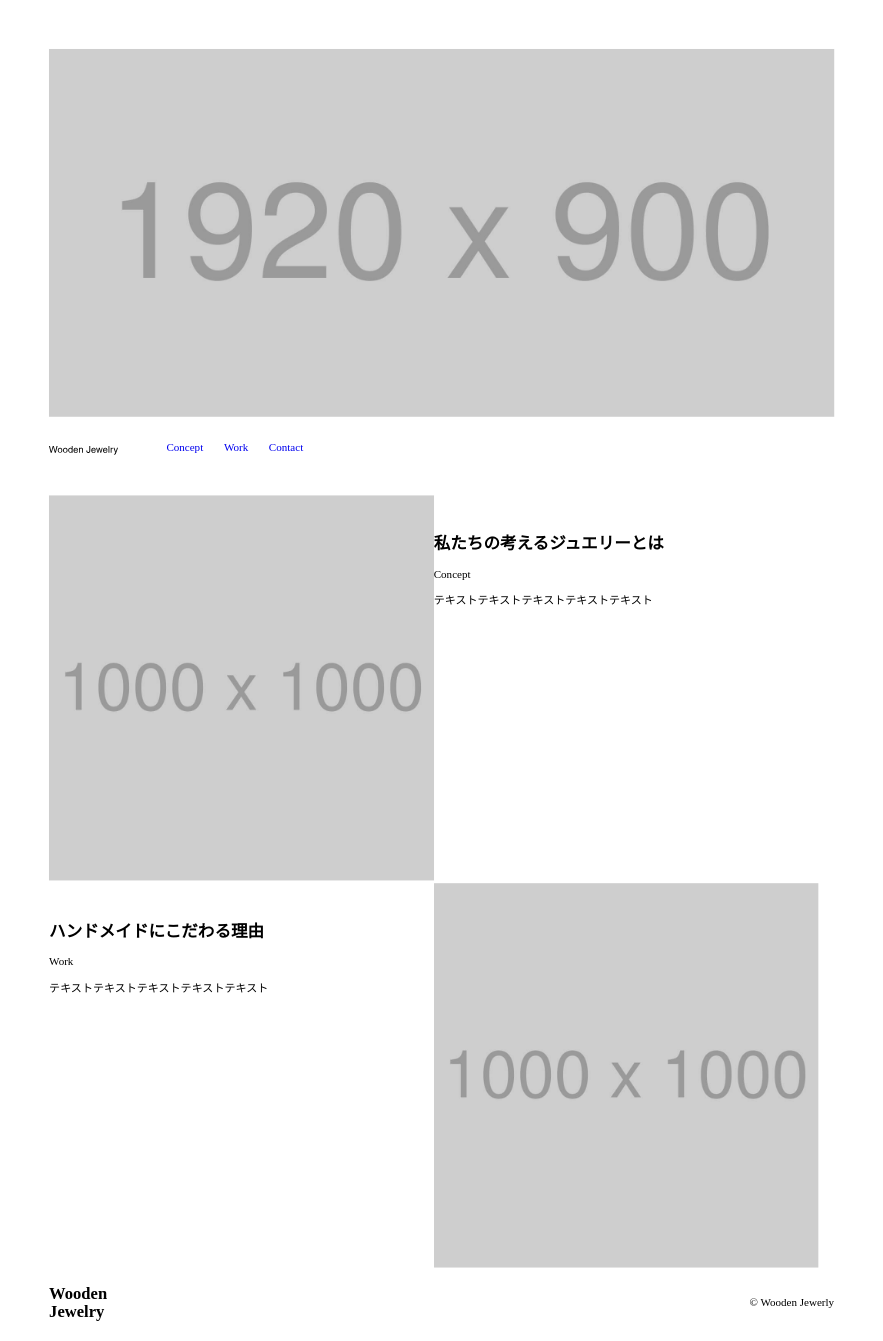
Repository: Fuki-san/jewelry
Page: http://localhost/jewelry
The author's editor kept a copy of each file at every save. The page is drawn from the files as they stood at one save, then again after a run of saves.
The browser window is 1280 px wide. The pictures show the whole page, at 69% of full size.
The page is served by the project's Laravel application, run on PHP 8.4 with Laravel 10. Other server files are loaded and not shown.

Above is the page before, as saved 2023-11-26 14:14:06.

### routes/web.php
<?php

use Illuminate\Support\Facades\Route;

/*
|--------------------------------------------------------------------------
| Web Routes
|--------------------------------------------------------------------------
|
| Here is where you can register web routes for your application. These
| routes are loaded by the RouteServiceProvider and all of them will
| be assigned to the "web" middleware group. Make something great!
|
*/

Route::get('/', function () {
    return view('welcome');
});

Route::get('jewelry', function () {
    return view('jewelry');
});

### resources/views/jewelry.blade.php
@extends('layouts.main')

@section('title', 'jewelry')

@section('content')
    <div id="mainvisual">
        <img src="img/mainvisual.jpg">
    </div>
    <header id="header">
        <h1 class="site-title"><a href="#"><img src="img/logo.svg"></a></h1>
        <nav>
            <ul>
                <li><a href="#concept">Concept</a></li>
                <li><a href="#work">Work</a></li>
                <li><a href="mailto:xxx@xxx.xxx?subject=お問い合わせ">Contact</a></li>
            </ul>
        </nav>
    </header>

    <div class="container">
        <main>
            <section id="concept" class="content">
                <div class="img">
                    <img src="img/concept.jpg">
                </div>
                <div class="text">
                    <h2 class="section-title">私たちの考えるジュエリーとは</h2>
                    <span class="section-title-en">Concept</span>
                    <p>テキストテキストテキストテキストテキスト</p>
                </div>
            </section>

            <section id="work" class="content">
                <div class="text">
                    <h2 class="section-title">ハンドメイドにこだわる理由</h2>
                    <span class="section-title-en">Work</span>
                    <p>テキストテキストテキストテキストテキスト</p>
                </div>
                <div class="img">
                    <img src="img/work.jpg">
                </div>
            </section>
        </main>

        <footer id="footer">
            <h2 class="site-title">Wooden Jewelry</h2>
            <p class="copyright">&copy; Wooden Jewerly</p>
        </footer>
    </div>

@endsection

### resources/views/layouts/main.blade.php
<!DOCTYPE html>
<html lang="ja">
<head>
    <meta charset="UTF-8">
    <meta name="viewport" content="width=device-width, initial-scale=1.0">
    <meta http-equiv="X-UA-Compatible" content="ie=edge">
    <link rel="stylesheet" href="{{ asset('css/reset.css') }}">
    <link rel="stylesheet" href="{{ asset('css/style.css') }}">
    <link rel="icon" href="img/favicon.ico">
    <title>@yield('title')</title>
</head>
<body>
    @yield('content')
</body>
</html>

### public/css/style.css
@charset "utf-8";

html{
    font-size: 100%;
}
body{
    font-family: 'Crimson Text', serif;
    color: ;
}
li{
    list-style: none;
}
a{
    text-decoration: none;
}
.container{
    padding: 0 5%;
}

img{
    max-width: 100%;
}
.content{
    display: flex;
}
.img{
    width: 49%;
}
.text{
    width: 49%;
}

#mainvisual{
    padding: 5% 5% 0 5%;
}
.site-title{
    width: 100px;
}
#header{
    display: flex;
    align-items: center;
    padding: 0 5%;
}
#header ul{
    display: flex;
}
#header li{
    margin-left: 30px;
}
.container{
    padding-top: 30px;
}
.text{
    padding: 30px 0;
}


#footer {
    display: flex;
    justify-content: space-between;
    align-items: center;
}

### public/img/logo.svg
<?xml version="1.0" encoding="utf-8"?>
<!-- Generator: Adobe Illustrator 15.1.0, SVG Export Plug-In . SVG Version: 6.00 Build 0)  -->
<!DOCTYPE svg PUBLIC "-//W3C//DTD SVG 1.1//EN" "http://www.w3.org/Graphics/SVG/1.1/DTD/svg11.dtd">
<svg version="1.1" id="レイヤー_1" xmlns="http://www.w3.org/2000/svg" xmlns:xlink="http://www.w3.org/1999/xlink" x="0px"
	 y="0px" width="1000px" height="140px" viewBox="0 0 1000 140" enable-background="new 0 0 1000 140" xml:space="preserve">
<g>
	<path d="M39.405,111.195H25.498L0,13.294h14.317l18.271,79.63h0.273l21.952-79.63h14.454l21.953,79.63h0.273l18.271-79.63h14.59
		l-25.771,97.901H84.674l-22.362-81.13H62.04L39.405,111.195z"/>
	<path d="M160.348,37.837c22.771,0,33.133,19.226,33.133,37.634c0,18.407-10.362,37.633-33.133,37.633
		c-22.771,0-33.134-19.226-33.134-37.633C127.214,57.063,137.577,37.837,160.348,37.837z M160.348,102.741
		c17.18,0,20.726-17.726,20.726-27.27c0-9.545-3.545-27.271-20.726-27.271c-17.181,0-20.725,17.726-20.725,27.271
		C139.623,85.015,143.167,102.741,160.348,102.741z"/>
	<path d="M236.16,37.837c22.771,0,33.133,19.226,33.133,37.634c0,18.407-10.362,37.633-33.133,37.633
		c-22.771,0-33.134-19.226-33.134-37.633C203.026,57.063,213.389,37.837,236.16,37.837z M236.16,102.741
		c17.18,0,20.726-17.726,20.726-27.27c0-9.545-3.545-27.271-20.726-27.271c-17.181,0-20.725,17.726-20.725,27.271
		C215.435,85.015,218.979,102.741,236.16,102.741z"/>
	<path d="M342.105,111.195h-11.318v-9.817h-0.272c-5.182,9.681-13.362,11.863-20.316,11.863c-24.271,0-31.361-22.771-31.361-39.815
		c0-20.044,10.772-35.588,29.724-35.588c12.954,0,18.408,8.045,21.271,12.136l0.273-0.955V13.294h12V111.195z M310.471,102.877
		c7.637,0,19.499-5.044,19.499-23.998c0-11.59-1.909-30.271-19.226-30.271c-18.544,0-19.499,17.59-19.499,26.725
		C291.245,91.015,297.381,102.877,310.471,102.877z"/>
	<path d="M419.28,88.833c-0.408,3.409-3.681,13.499-12.681,19.499c-3.272,2.181-7.908,4.909-19.362,4.909
		c-20.043,0-31.907-15.135-31.907-35.725c0-22.089,10.636-39.679,34.225-39.679c20.589,0,30.679,16.363,30.679,41.588h-52.086
		c0,14.862,6.954,23.452,20.726,23.452c11.317,0,17.998-8.727,18.408-14.044H419.28z M407.827,69.88
		c-0.682-11.044-5.317-21.271-19.907-21.271c-11.045,0-19.771,10.227-19.771,21.271H407.827z"/>
	<path d="M492.638,111.195h-11.999V67.29c0-12.408-3.545-18.681-15.271-18.681c-6.817,0-18.817,4.363-18.817,23.726v38.86h-11.998
		V39.882h11.317v10.09h0.273c2.59-3.818,9.271-12.136,21.543-12.136c11.044,0,24.952,4.5,24.952,24.816V111.195z"/>
	<path d="M554.132,79.697v6.818c0,11.726,5.591,15.953,14.727,15.953c12.271,0,15.68-7.363,15.68-16.908V13.294h13.227v71.449
		c0,22.907-14.999,29.043-28.225,29.043c-22.771,0-27.815-15.272-27.815-24.407v-9.681H554.132z"/>
	<path d="M676.985,88.833c-0.409,3.409-3.682,13.499-12.681,19.499c-3.272,2.181-7.908,4.909-19.362,4.909
		c-20.044,0-31.906-15.135-31.906-35.725c0-22.089,10.636-39.679,34.225-39.679c20.589,0,30.679,16.363,30.679,41.588h-52.086
		c0,14.862,6.954,23.452,20.726,23.452c11.317,0,17.998-8.727,18.407-14.044H676.985z M665.531,69.88
		c-0.681-11.044-5.316-21.271-19.906-21.271c-11.045,0-19.771,10.227-19.771,21.271H665.531z"/>
	<path d="M715.574,111.195h-12.407l-20.59-71.313h13.091l13.634,56.041h0.273l13.771-56.041h13.362l13.908,56.041h0.273
		l14.453-56.041h11.998l-20.725,71.313h-12.409l-14.453-55.223h-0.272L715.574,111.195z"/>
	<path d="M847.153,88.833c-0.409,3.409-3.682,13.499-12.681,19.499c-3.272,2.181-7.908,4.909-19.362,4.909
		c-20.044,0-31.906-15.135-31.906-35.725c0-22.089,10.635-39.679,34.225-39.679c20.589,0,30.679,16.363,30.679,41.588h-52.086
		c0,14.862,6.954,23.452,20.726,23.452c11.317,0,17.998-8.727,18.407-14.044H847.153z M835.699,69.88
		c-0.682-11.044-5.316-21.271-19.906-21.271c-11.045,0-19.771,10.227-19.771,21.271H835.699z"/>
	<path d="M874.695,111.195h-11.998V13.294h11.998V111.195z"/>
	<path d="M906.327,111.195h-11.999V39.882h11.318v11.863h0.271c4.772-8.318,11.045-13.909,20.045-13.909
		c1.499,0,2.181,0.137,3.135,0.409v12.408h-4.499c-11.182,0-18.271,8.727-18.271,19.09V111.195z"/>
	<path d="M986.774,39.882H1000c-8.317,23.316-16.499,46.633-25.634,69.949c-11.317,28.907-12.544,30.543-27.953,30.543
		c-1.772,0-3.135-0.545-5.044-1.091v-10.908c1.499,0.545,3.954,1.227,7.227,1.227c6.272,0,6.954-1.772,12.681-16.499l-26.453-73.221
		h13.636l18.953,58.086h0.273L986.774,39.882z"/>
</g>
</svg>

After the next 2 saves:
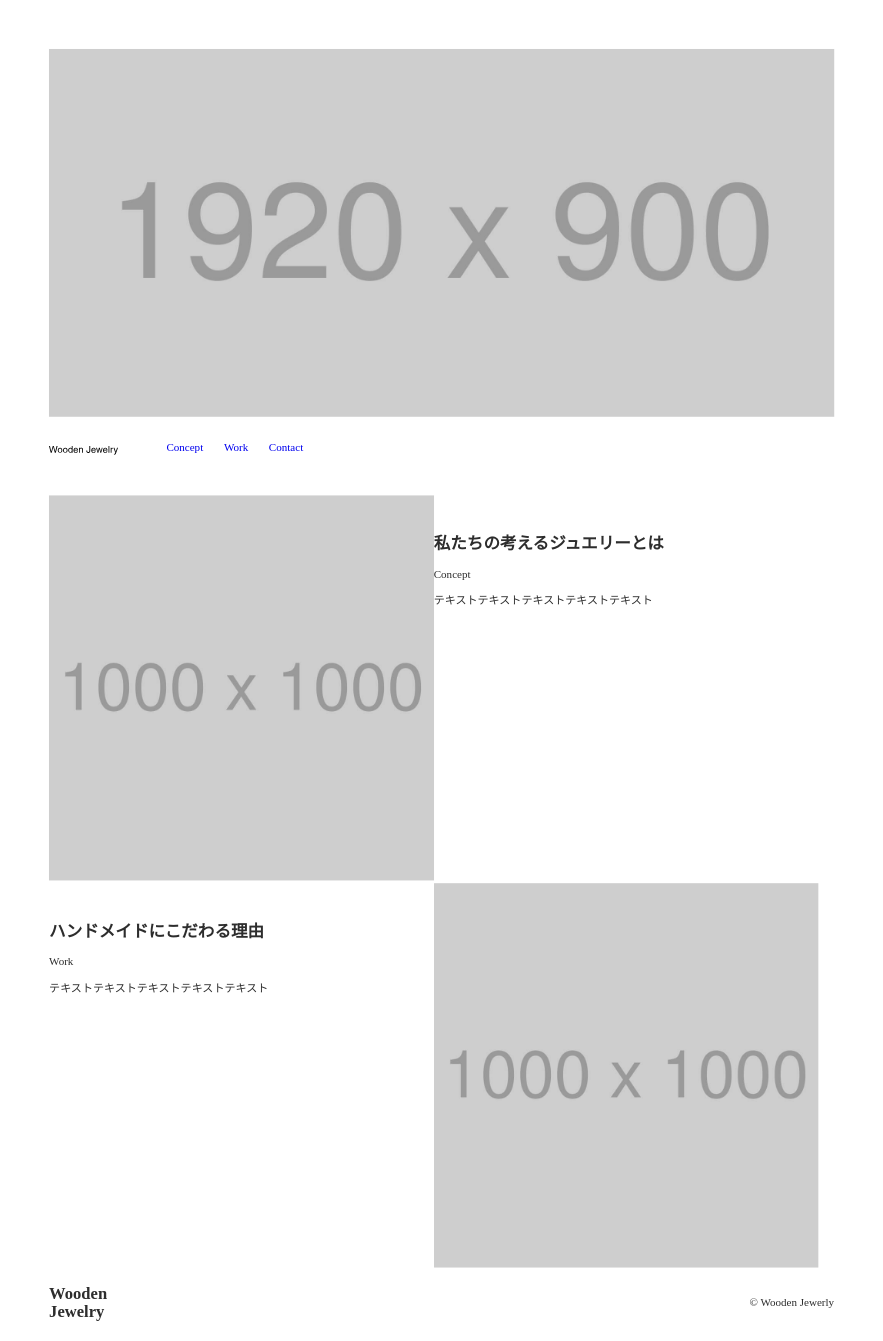
The 2 saves are shown as one change because they came seconds apart.
The last was saved 7 s later.
--- a/public/css/style.css
+++ b/public/css/style.css
@@ -5,7 +5,7 @@ html{
 }
 body{
     font-family: 'Crimson Text', serif;
-    color: ;
+    color: #2d2d2d;
 }
 li{
     list-style: none;
